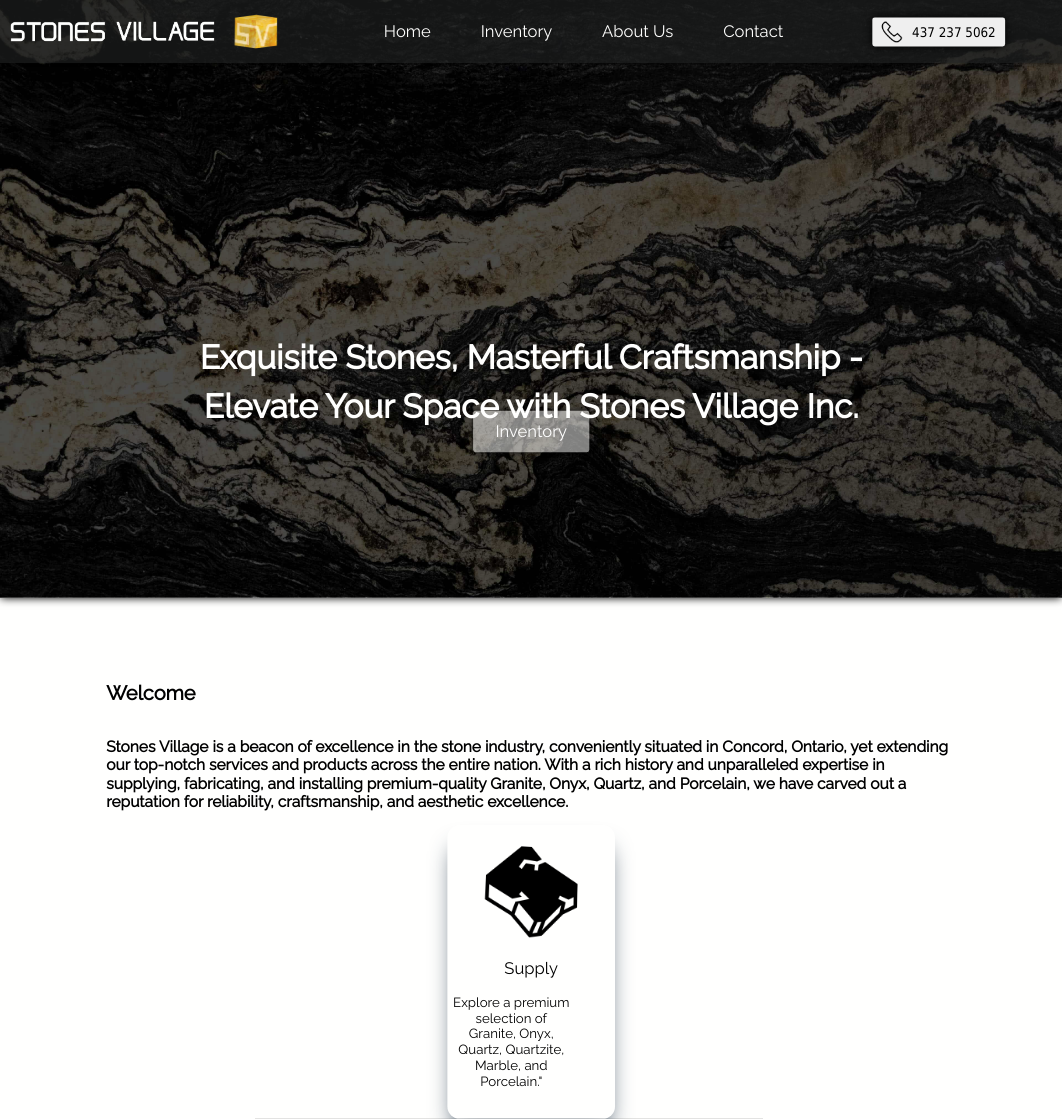
Repository: shayanabedi98/Stones-Village
Page: index.html
These files come from the project's save history. The page is drawn as it stood at one moment and after the next save; the edit follows.
The browser window is 1280 px wide. The pictures show the whole page, at 83% of full size.
Backgrounds fixed to the window are drawn as part of the page.

Above is the page before, as saved 2023-10-22 16:37:00.

After the next save:
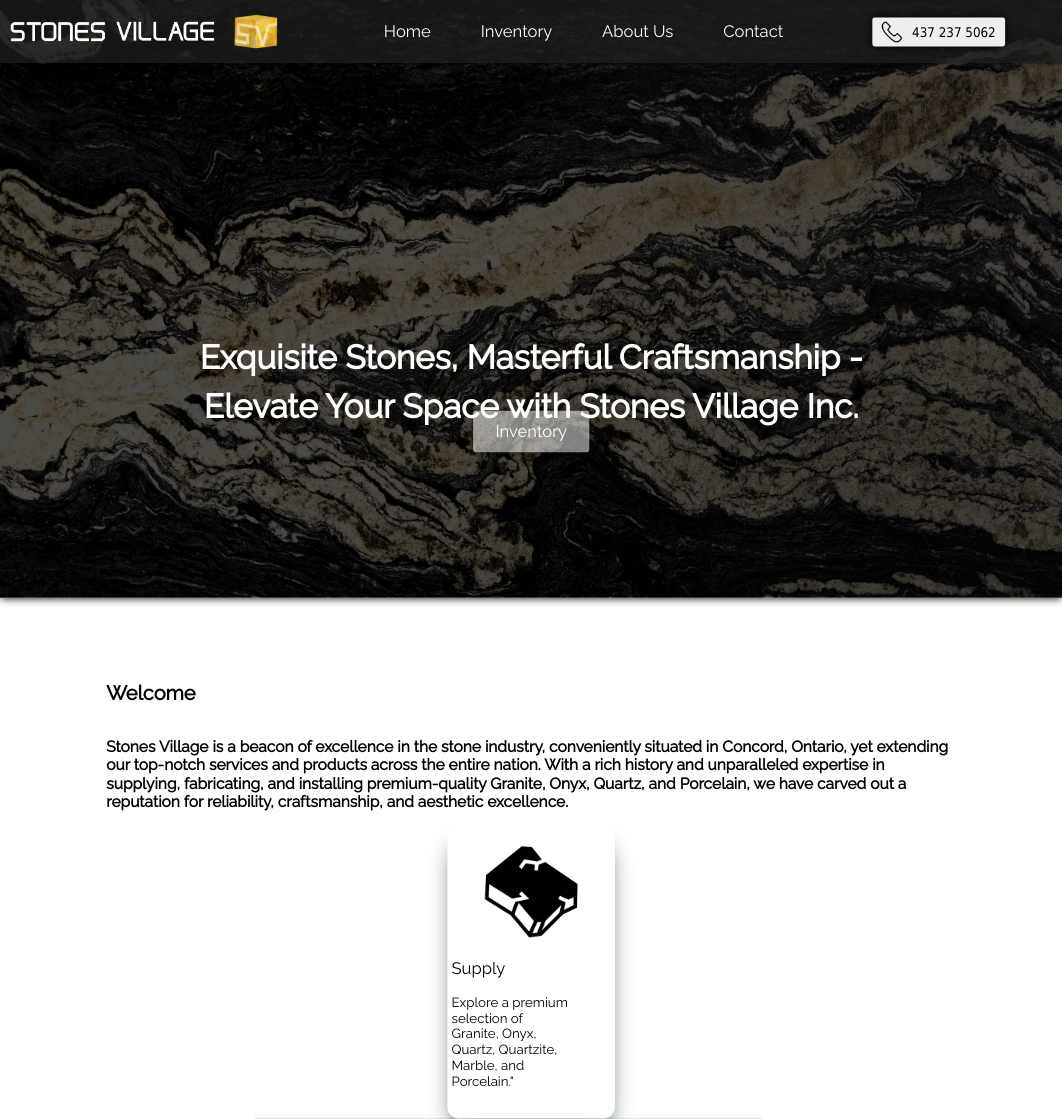
Saved 24 s later.
--- a/styles.css
+++ b/styles.css
@@ -173,12 +173,15 @@ body {
     justify-items: center;
     border-radius: 15px;
     box-shadow: rgb(38, 57, 77) 0px 20px 30px -10px;
-    text-align: center;
     padding: 20px 5px;
 }
 
 .card img {
     height: 120px;
+}
+
+.card-tetx {
+    text-align: center;
 }
 
 .card-name {

After the save that followed:
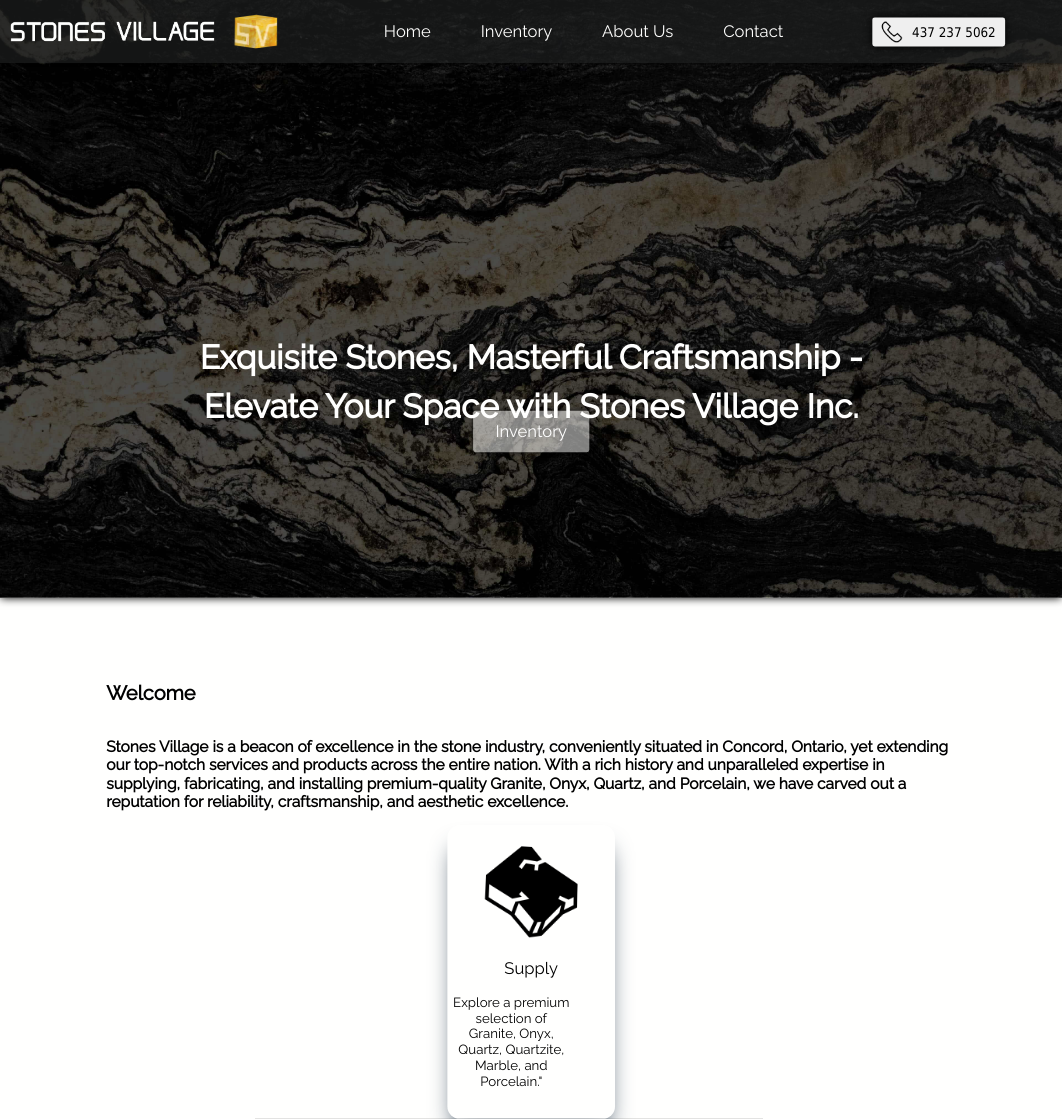
Saved 4 s later.
--- a/styles.css
+++ b/styles.css
@@ -180,7 +180,7 @@ body {
     height: 120px;
 }
 
-.card-tetx {
+.card-text {
     text-align: center;
 }
 
